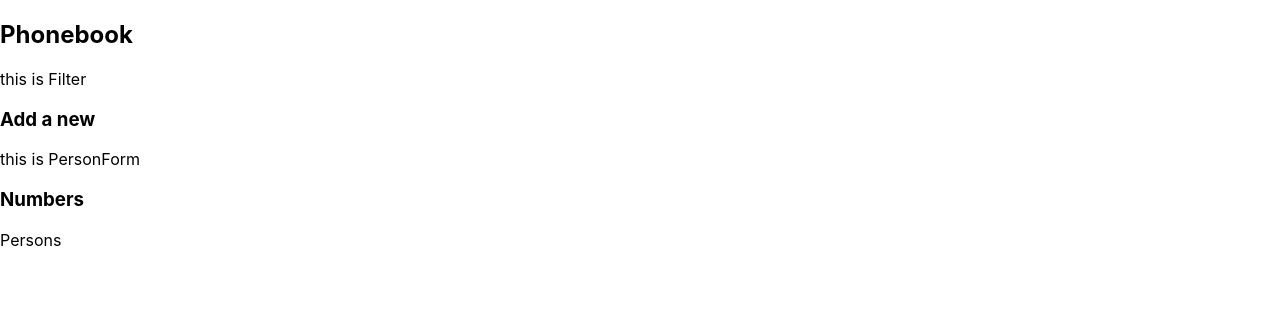
Repository: Hwenyi/full-stack-open
Page: / (app in part2/phonebook/)
An editor plug-in stored every save of this project. The page is shown before and after the next save, followed by the edit.
The browser window is 1280 px wide. The pictures show the whole page.
The project was rebuilt for these pictures with package versions that can differ from the ones it lists, and the page was loaded fresh each time.

Above is the page before, as saved 2023-10-13 11:33:29.

### part2/phonebook/src/App.js
import PersonForm from './components/PersonForm'
import Persons from './components/Persons'
import Filter from './components/Filter'
import { useState } from 'react'

const App = () => {
  const [persons, setPersons] = useState([
    { name: 'Arto Hellas', number: '040-123456', id: 1 },
    { name: 'Ada Lovelace', number: '39-44-5323523', id: 2 },
    { name: 'Dan Abramov', number: '12-43-234345', id: 3 },
    { name: 'Mary Poppendieck', number: '39-23-6423122', id: 4 }
  ])
  const [newName, setNewName] = useState('') //newName用于控制input的value

  return (
    <div>
      <h2>Phonebook</h2>
      <Filter/>
      <h3>Add a new</h3>
      <PersonForm />
      <h3>Numbers</h3>

      <Persons />
    </div>
  )
}

export default App

### part2/phonebook/src/components/PersonForm.js


const PersonForm = () => {
  return(
    <div>
      this is PersonForm
    </div>
  )
}

export default PersonForm

### part2/phonebook/src/components/Persons.js
const Persons = () => {
  return (
    <div>
      <p>Persons</p>
    </div>
  )
}

export default Persons

### part2/phonebook/src/components/Filter.js
const Filter = () => {
  return(
    <div>
      this is Filter
    </div>
  )
}

export default Filter

Loaded but not shown: part2/phonebook/public/index.html (common file); part2/phonebook/src/index.js (common file); part2/phonebook/src/index.css (common file)

After the next save:
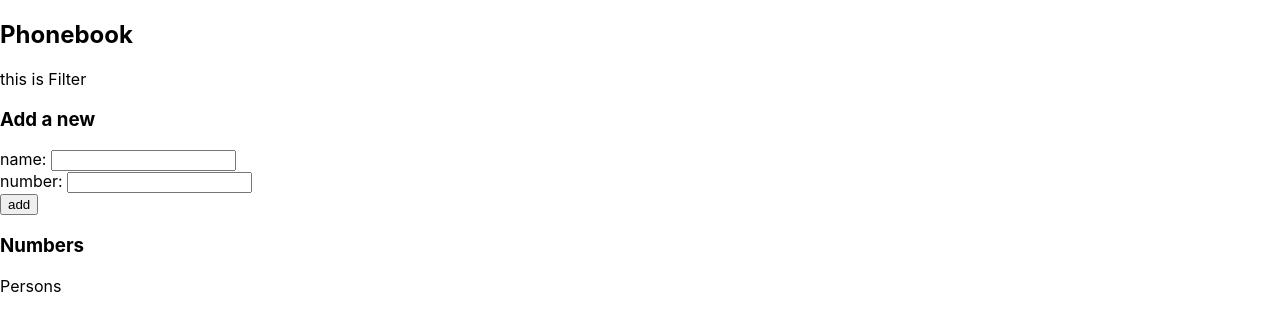
Saved 64 s later.
--- a/part2/phonebook/src/components/PersonForm.js
+++ b/part2/phonebook/src/components/PersonForm.js
@@ -3,7 +3,17 @@
 const PersonForm = () => {
   return(
     <div>
-      this is PersonForm
+      <form>
+        <div>
+          name: <input />
+        </div>
+        <div>
+          number: <input />
+        </div>
+        <div>
+          <button type="submit">add</button>
+        </div>
+      </form>
     </div>
   )
 }
